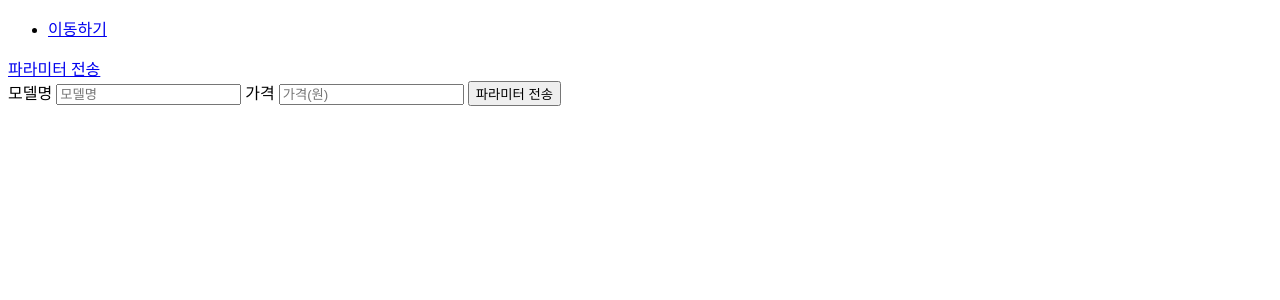
Repository: WONDongin/GoodeeAcademy_JAVA
Page: jsp_study/servletStudy/src/main/webapp/ex03_parameter/client.html
An editor plug-in stored every save of this project. The page is shown before and after the next save, followed by the edit.
The browser window is 1280 px wide. The pictures show the whole page.

Above is the page before, as saved 2025-04-01 02:54:11.

After the next save:
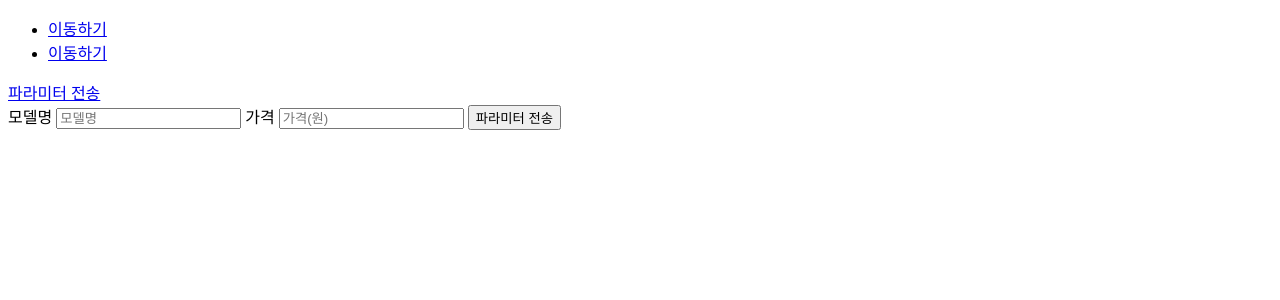
Saved 10 min 22 s later.
--- a/jsp_study/servletStudy/src/main/webapp/ex03_parameter/client.html
+++ b/jsp_study/servletStudy/src/main/webapp/ex03_parameter/client.html
@@ -8,6 +8,7 @@
 	<body>
 		<ul>
 			<li><a href="http://localhost:8080/servletStudy/GetServlet">이동하기</a></li>
+			<li><a href="/servletStudy/GetServlet">이동하기</a></li>
 		</ul>
 		<div>
 			<a href="/servletStudy/GetServlet?model=냉장고&price=200">파라미터 전송</a>
